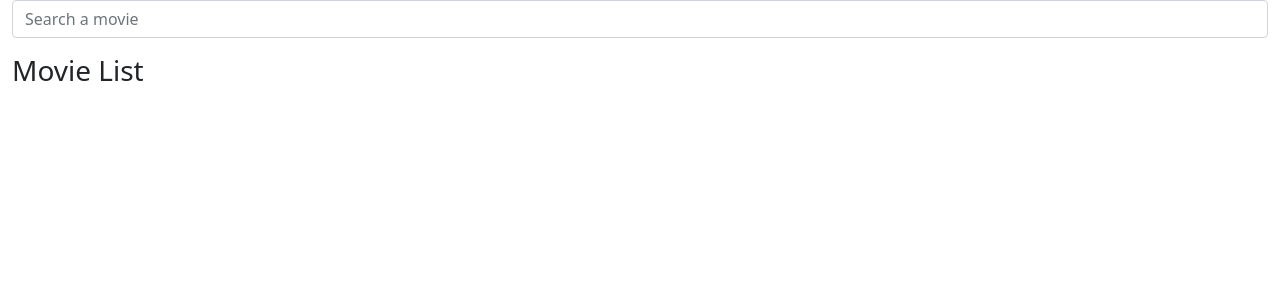
Repository: anirudhbichal/OMDBList
Page: /
These files come from the project's save history. The page is drawn as it stood at one moment and after the next save; the edit follows.
The browser window is 1280 px wide. The pictures show the whole page.
The project was rebuilt for these pictures with package versions that can differ from the ones it lists, and the page was loaded fresh each time. Also part of the build but not shown: src/App.css, src/components/MovieList.js.

Above is the page before, as saved 2022-01-16 22:08:24.

After the next save:
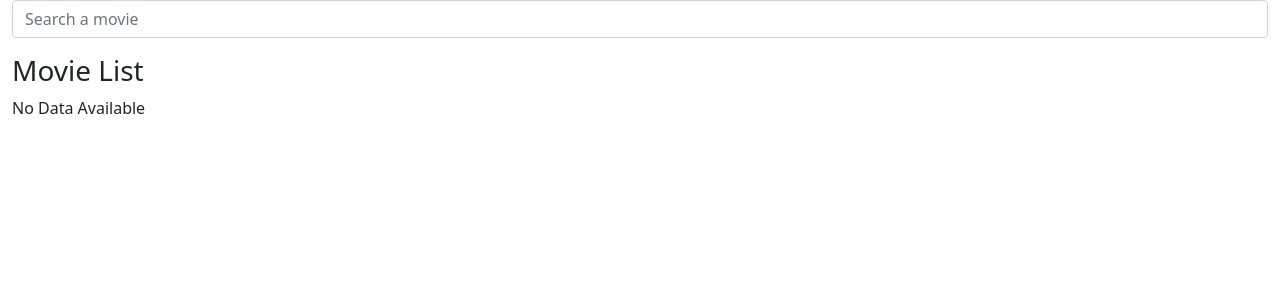
Saved 20 s later.
--- a/src/App.js
+++ b/src/App.js
@@ -44,7 +44,7 @@
       <div className='mt-3'>
         <h3>Movie List</h3>
         {
-          !loading ? (movies.length > 0  ? <MovieList movieData={movies}/> : '') :
+          !loading ? (movies.length > 0  ? <MovieList movieData={movies}/> : <p>No Data Available</p>) :
           <Spinner animation="border" role="status">
             <span className="visually-hidden">Loading...</span>
           </Spinner>
